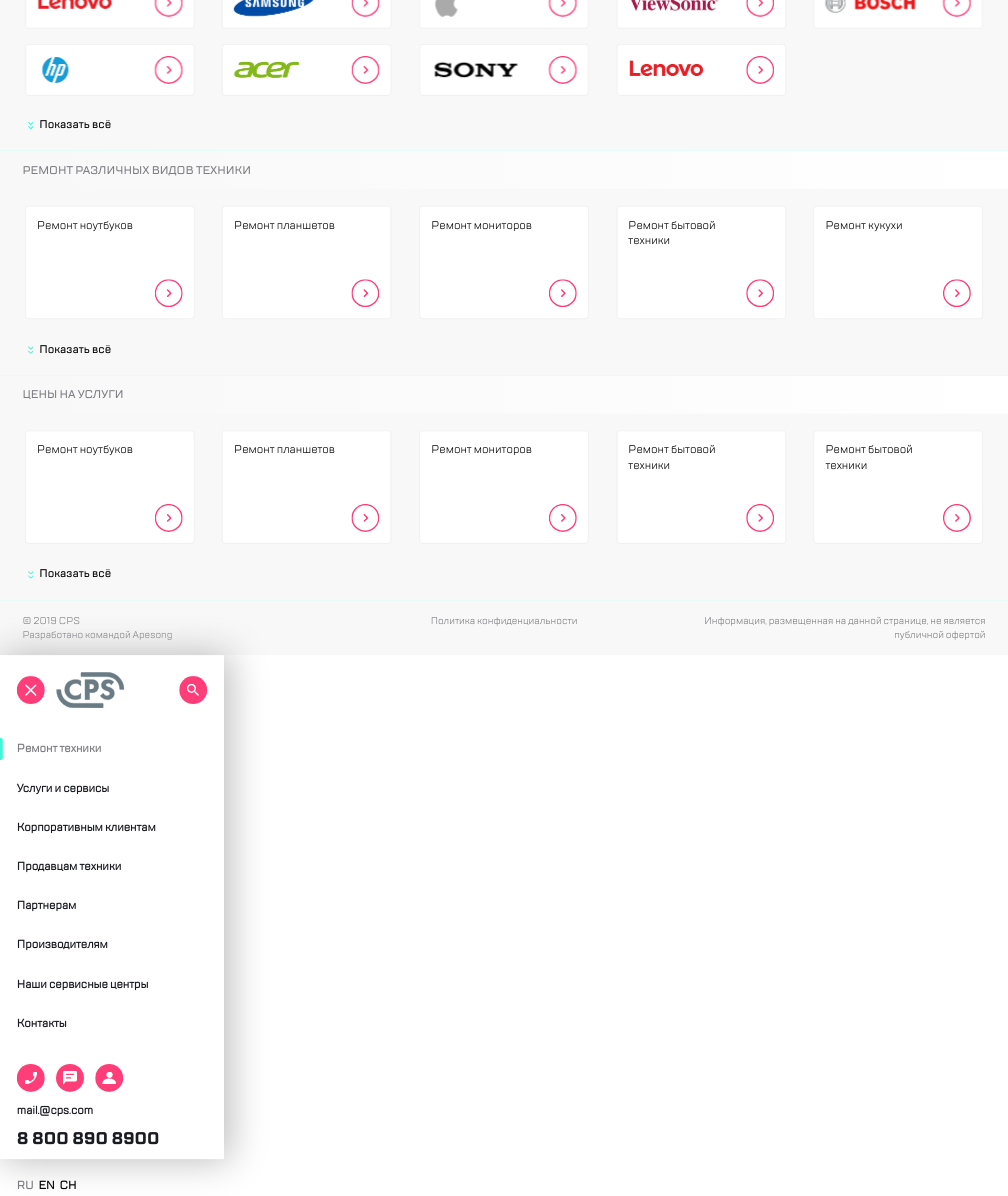
Repository: Dedoxa/WebCoreF
Page: /
These files come from the project's save history. The page is drawn as it stood at one moment and after the next save; the edit follows.
The browser window is 1440 px wide. The pictures show the part of the page from y = 647 to 2367 px (the page is 2355 px tall before and 2367 px after), at 70% of full size.
The project was rebuilt for these pictures with package versions that can differ from the ones it lists, and the page was loaded fresh each time. Also part of the build but not shown: webpack.config.js.

Above is the page before, as saved 2024-06-15 17:20:23.

After the next save:
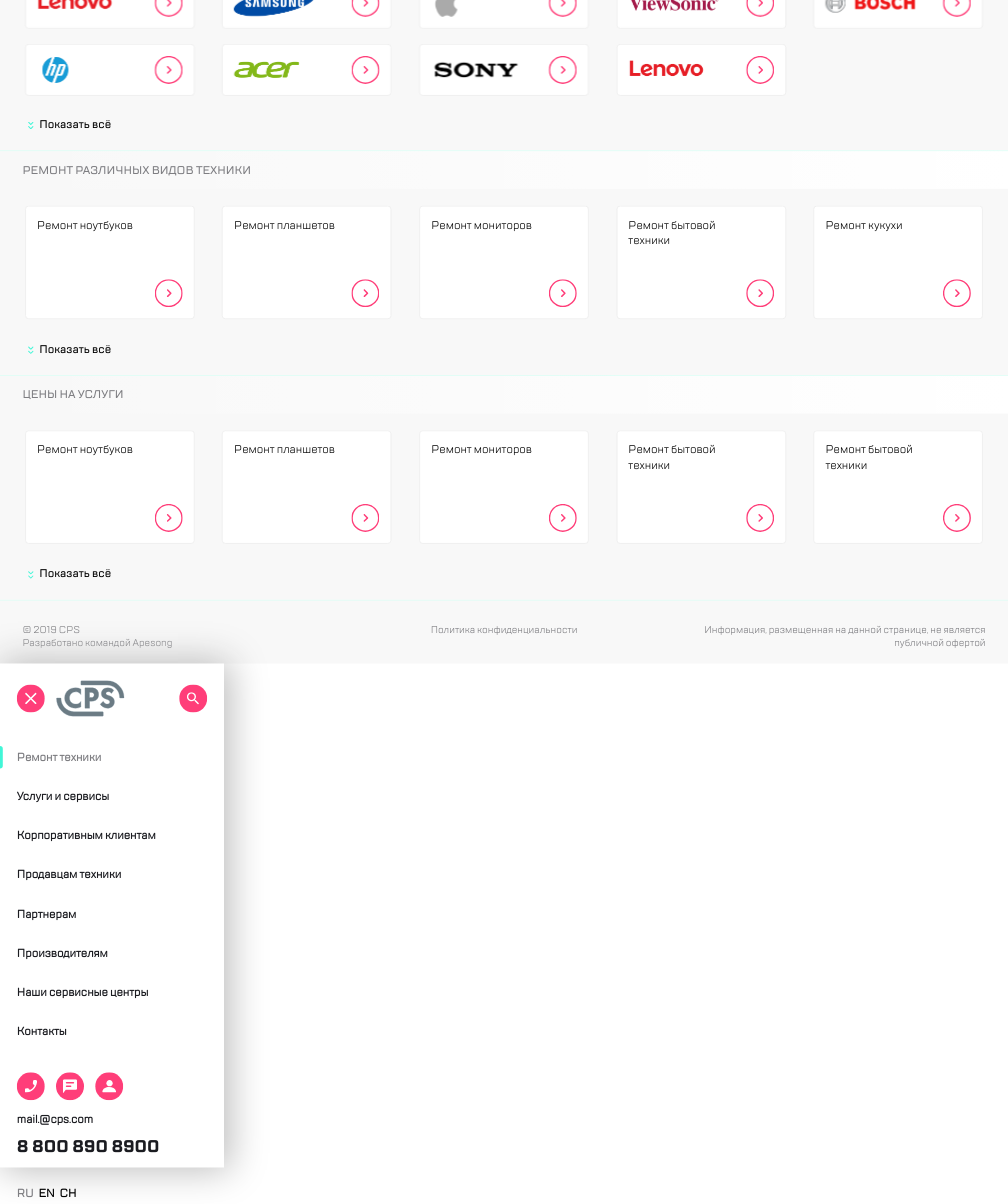
Saved 13 s later.
--- a/src/scss/footer.scss
+++ b/src/scss/footer.scss
@@ -27,7 +27,7 @@
     }
 
     @media (min-width: 1440px) {
-      padding-top: 20px;
+      padding-top: 32px;
       padding-bottom: 20px;
       padding-right: 32px;
       padding-left: 32px;
